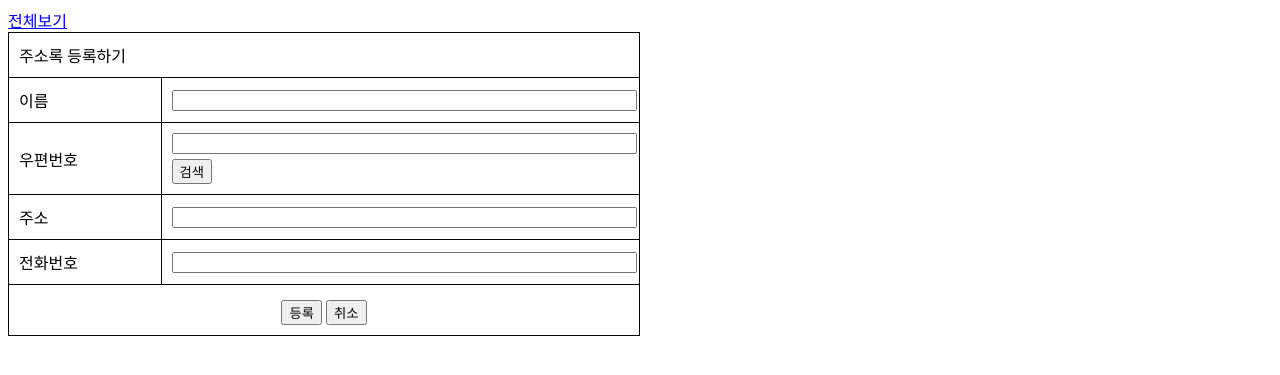
Repository: yubeens/JSP
Page: http://localhost/JSP_Project/jQueryAddress/insert.jsp
These files come from the project's save history. The page is drawn as it stood at one moment and after the next save; the edit follows.
The browser window is 1280 px wide. The pictures show the whole page.
The page is served by Tomcat 9.

Above is the page before, as saved 2025-02-28 01:13:50.

After the next save:
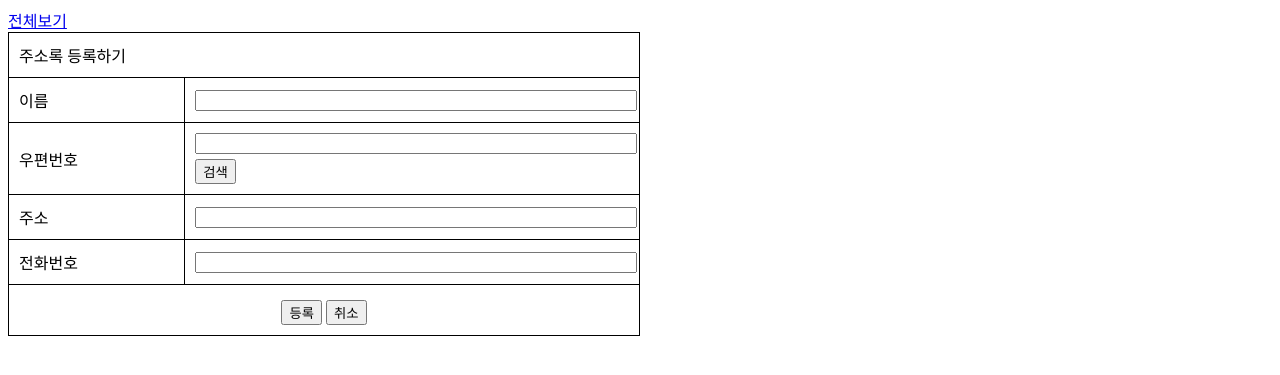
Saved 37 s later.
--- a/JSP_Project/src/main/webapp/jQueryAddress/insert.jsp
+++ b/JSP_Project/src/main/webapp/jQueryAddress/insert.jsp
@@ -35,7 +35,7 @@
             <tr>
                 <td>우편번호</td>
                 <td>
-                    <input type="text" name="zipcode">
+                    <input type="text" size=5 name="zipcode">
                     <button type="button">검색</button>
                 </td>
             </tr>
